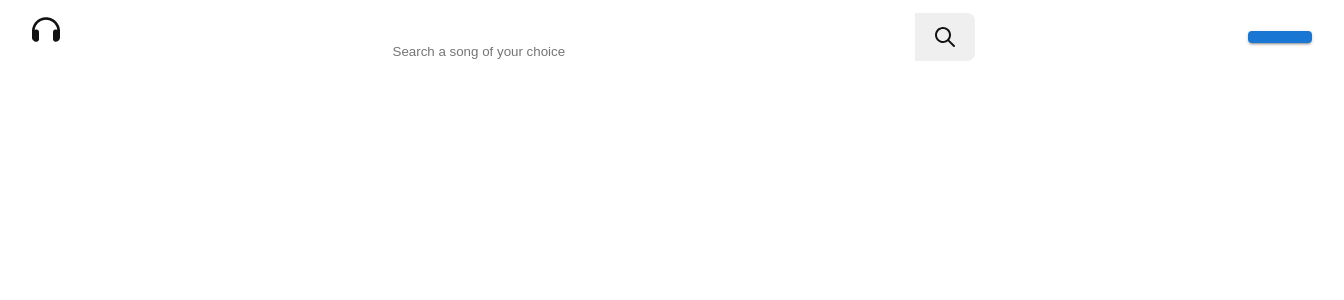
Repository: deb2000-sudo/L-square-QTify
Page: / (app in qtify/)
The author's editor kept a copy of each file at every save. The page is drawn from the files as they stood at one save, then again after a run of saves.
The browser window is 1280 px wide. The page is 1344 px wide, so the pictures cover 1344 px, including what lies to the right of the window. The pictures show the whole page.
The project was rebuilt for these pictures with package versions that can differ from the ones it lists, and the page was loaded fresh each time.

Above is the page before, as saved 2024-08-20 17:24:32.

After the next 2 saves:
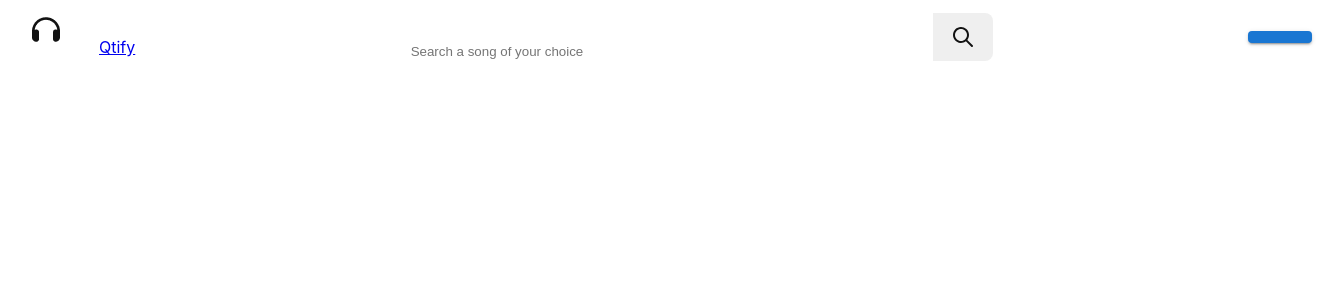
The 2 saves are shown as one change because they came seconds apart.
The last was saved 66 s later.
--- a/qtify/src/components/Navbar/Navbar.jsx
+++ b/qtify/src/components/Navbar/Navbar.jsx
@@ -10,6 +10,7 @@
     <nav className={styles.navbar}>
       <Link to="/">
         <Logo />
+        Qtify
       </Link>
       <Search
         placeholder="Search a song of your choice"
